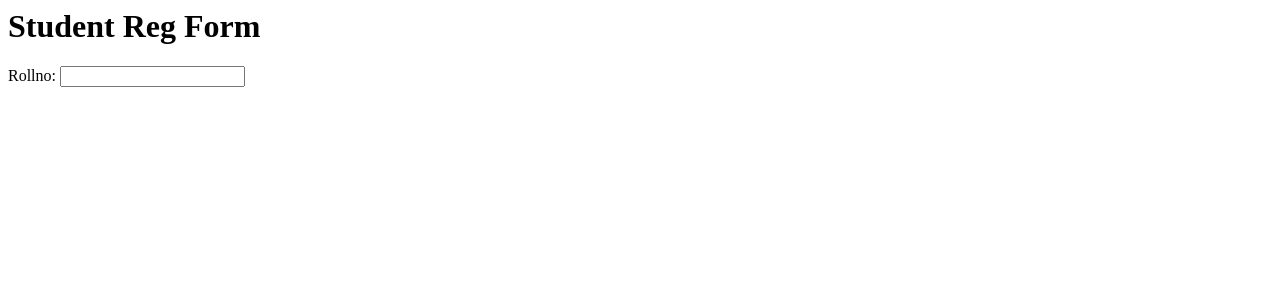
Repository: saikrishnaDsk/DelNex4D
Page: http://localhost/delnexd2mvc/
An editor plug-in stored every save of this project. The page is shown before and after the next save, followed by the edit.
The browser window is 1280 px wide. The pictures show the whole page.
The page is served by Tomcat 9.

Above is the page before, as saved 2020-01-11 05:34:10.

After the next save:
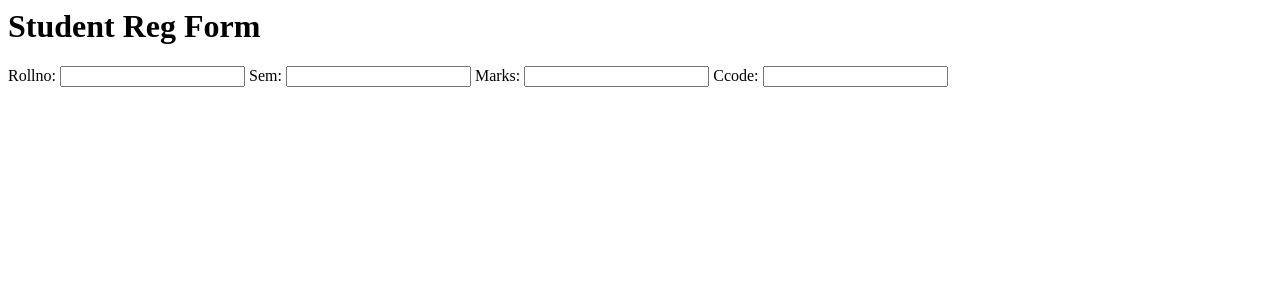
Saved 44 s later.
--- a/workspace-sts-3.9.9.RELEASE/delnexd2mvc/src/main/webapp/WEB-INF/views/home.jsp
+++ b/workspace-sts-3.9.9.RELEASE/delnexd2mvc/src/main/webapp/WEB-INF/views/home.jsp
@@ -9,7 +9,11 @@
 	Student Reg Form
 </h1>
 <form action="saveStudent">
-Rollno: <input type="text" name="roll">
+Rollno: <input type="text" name="rno">
+Sem:    <input type="text" name="roll">
+Marks:  <input type="text" name="roll">
+Ccode:  <input type="text" name="roll">
+
 </form>
 
 </body>
